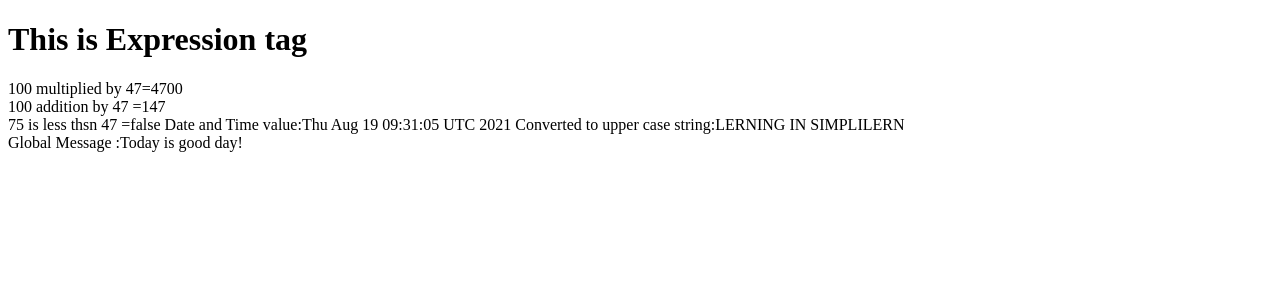
Repository: Tejashriamarjadhav/PHASE2_PROJECT
Page: http://localhost/JSPDemo/Expression-tag.jsp
An editor plug-in stored every save of this project. The page is shown before and after the next save, followed by the edit.
The browser window is 1280 px wide. The pictures show the whole page.
The page is served by Tomcat 9.

Above is the page before, as saved 2021-08-21 15:13:16.

After the next save:
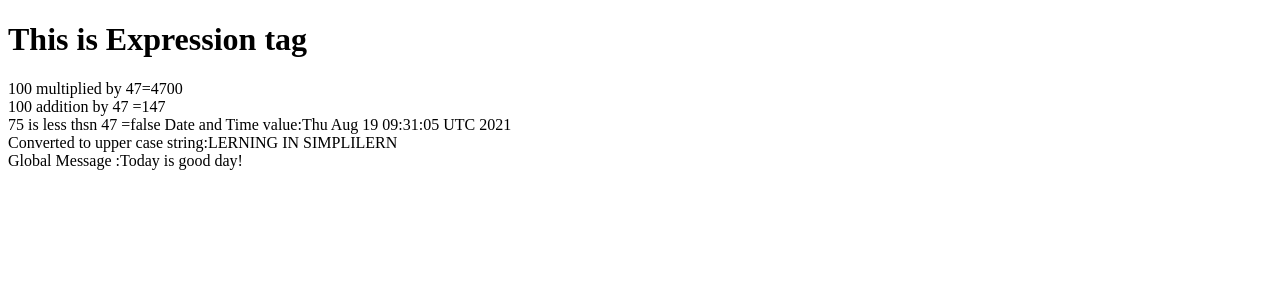
Saved 34 s later.
--- a/JSPDemo/WebContent/Expression-tag.jsp
+++ b/JSPDemo/WebContent/Expression-tag.jsp
@@ -13,8 +13,8 @@
 100 addition by 47 =<%= 100+47 %><br/>
 75 is less thsn 47 =<%=75<47 %>
 
-Date and Time value:<%= new java.util.Date() %>
+Date and Time value:<%= new java.util.Date() %><br/>
 Converted to upper case string:<%= new String("lerning in simplilern").toUpperCase() %><br/>
-Global Message :<%= "Today is good day!" %>
+Global Message :<%= "Today is good day!" %><br/>
 </body>
 </html>
